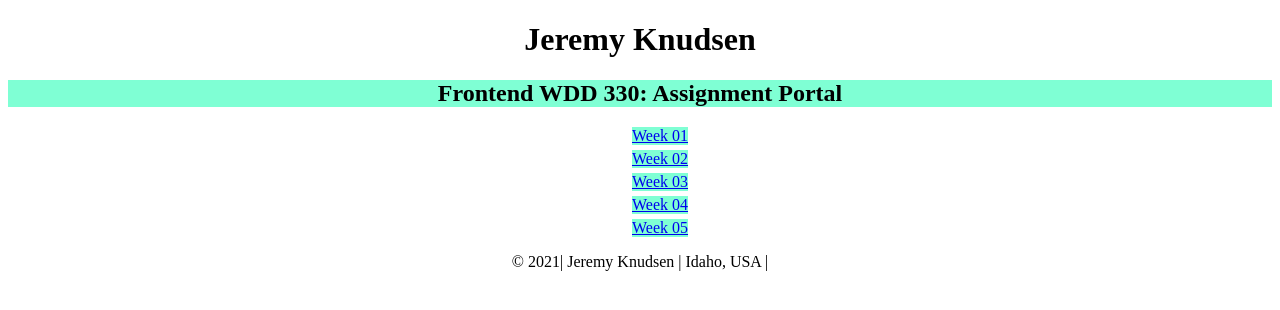
Repository: jknudsen97/WDD-330-Portfolio
Page: index.html
An editor plug-in stored every save of this project. The page is shown before and after the next save, followed by the edit.
The browser window is 1280 px wide. The pictures show the whole page.

Above is the page before, as saved 2021-10-20 19:28:54.

After the next save:
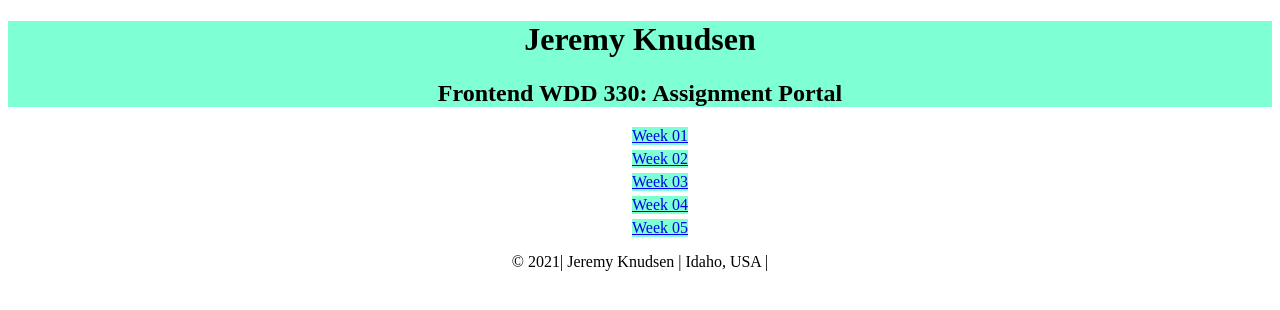
Saved 7 s later.
--- a/css/style.css
+++ b/css/style.css
@@ -2,7 +2,7 @@ main{
     text-align: center;
 }
 
-.assignmentheader{
+header{
     background-color: aquamarine;
 }
 
